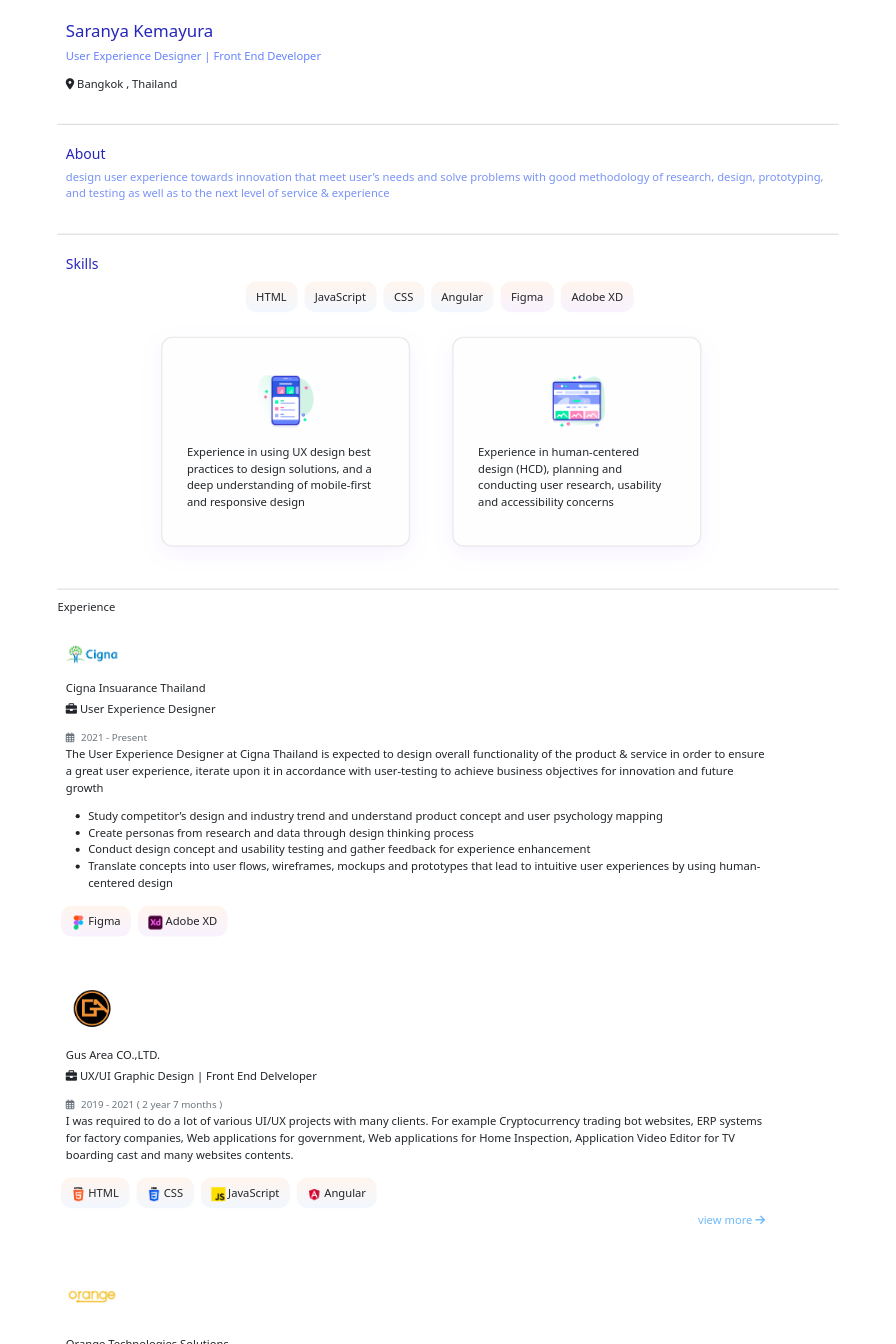
Repository: 0910th/portfolio
Page: index.html
These files come from the project's save history. The page is drawn as it stood at one moment and after the next save; the edit follows.
The browser window is 1280 px wide. The pictures show the part of the page from y = 0 to 1920 px (the page is 2961 px tall), at 70% of full size.

Above is the page before, as saved 2022-12-23 16:59:10.

After the next save:
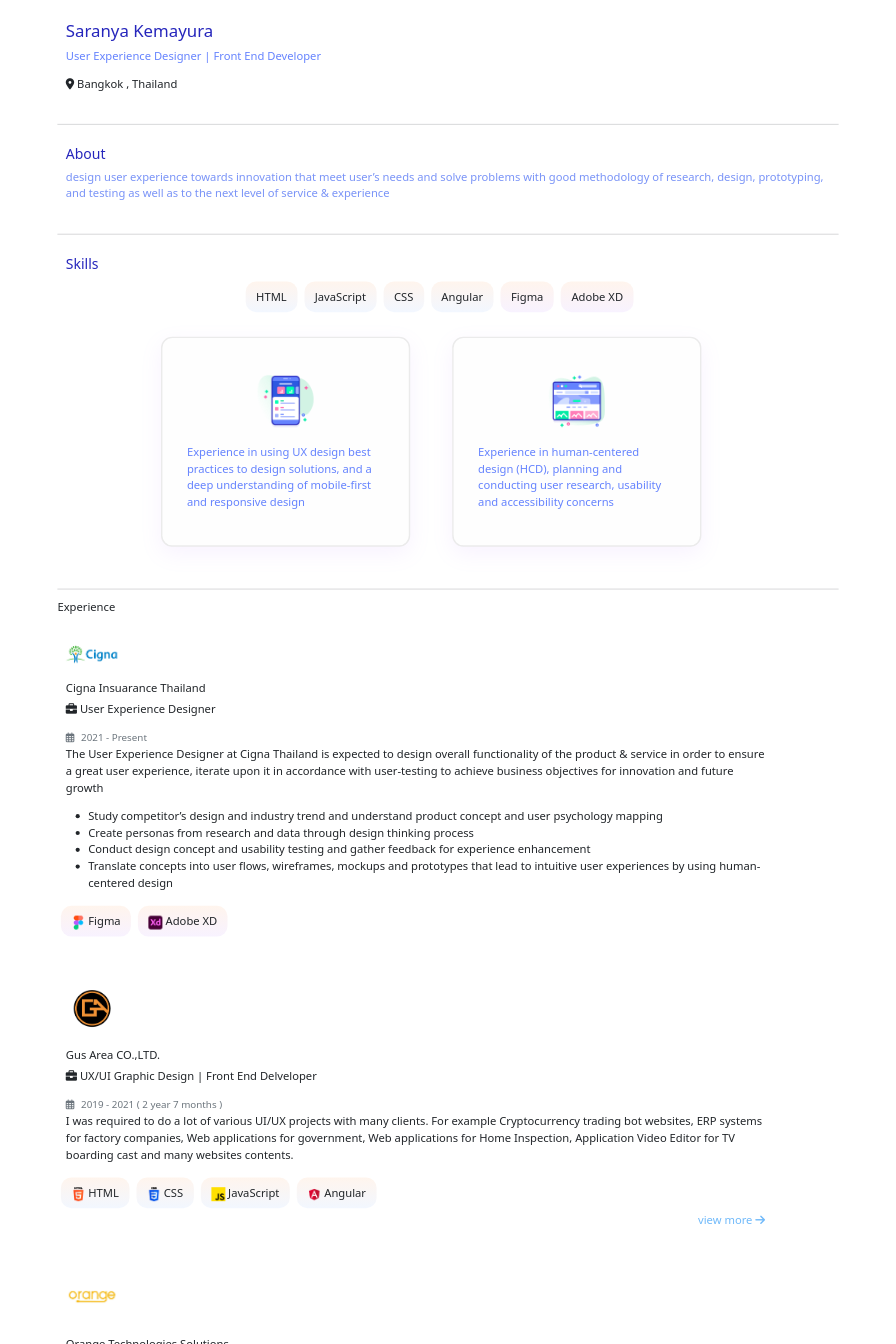
Saved 34 s later.
--- a/css/mystyle.css
+++ b/css/mystyle.css
@@ -36,6 +36,7 @@
 
 }
 .card-skills{
+    color: #6583fe;
     background: #fefefe;
     border-radius: 16px;
     border: 2px solid #ebebeb;
